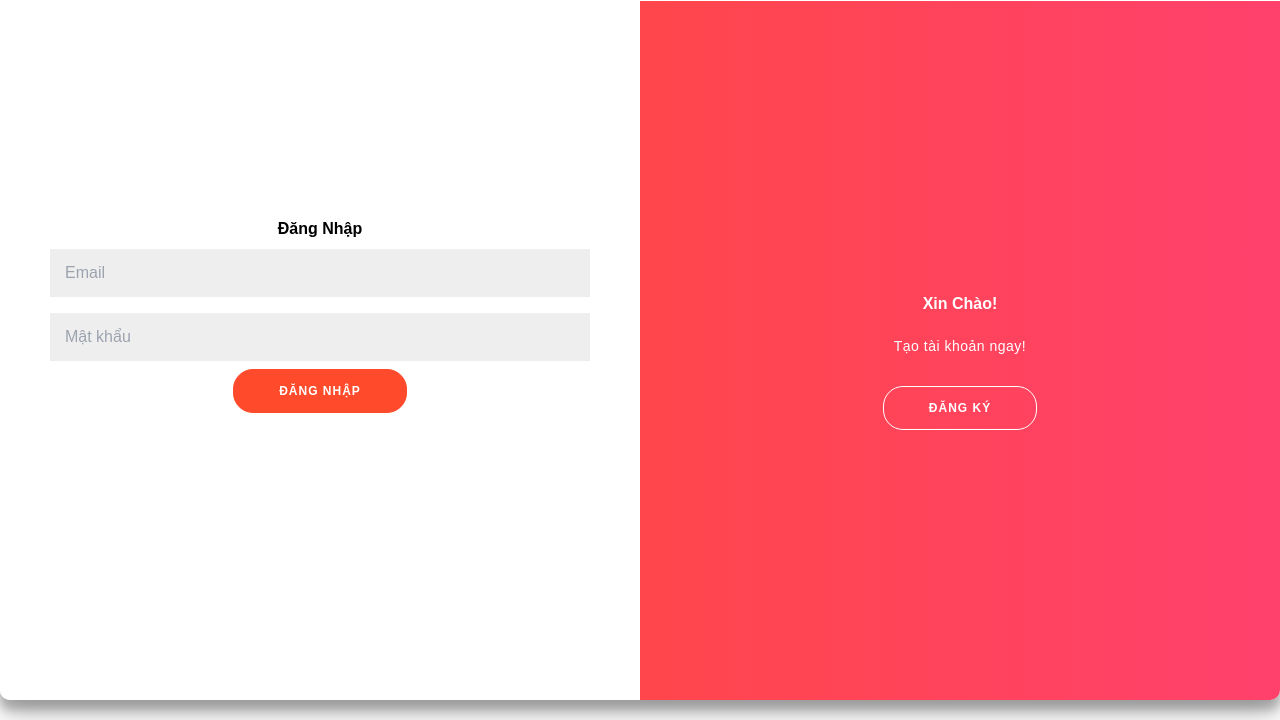
Repository: BlackWolf2002/project_airbn_react
Page: /login
These files come from the project's save history. The page is drawn as it stood at one moment and after the next save; the edit follows.
The browser window is 1280 px wide. The pictures show the whole page.
The project was rebuilt for these pictures with package versions that can differ from the ones it lists, and the page was loaded fresh each time. Also part of the build but not shown: vite.config.js, src/api/apiService.js, src/style/Home.css, src/components/Navbar.jsx, src/style/Footer.css, src/components/Footer.jsx, src/components/Home.jsx, src/style/Admin.css and 11 more.

Above is the page before, as saved 2025-02-11 01:01:01.

After the next save:
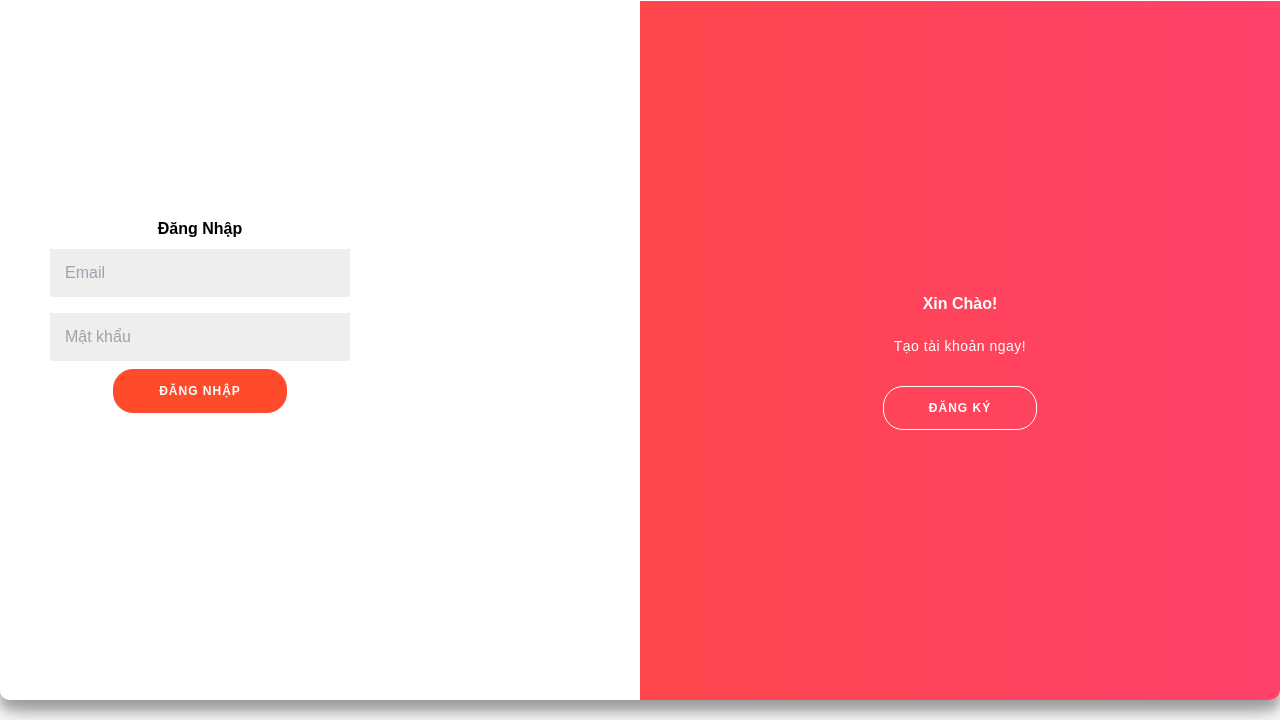
Saved 4 min 16 s later.
--- a/src/style/RoomManagement.css
+++ b/src/style/RoomManagement.css
@@ -47,3 +47,10 @@ table th {
     color: #fff;
     border-color: #007bff;
 }
+
+form {
+    background: #fff;
+    padding: 20px;
+    border-radius: 5px;
+    width: 400px;
+}

After the 2 saves that followed:
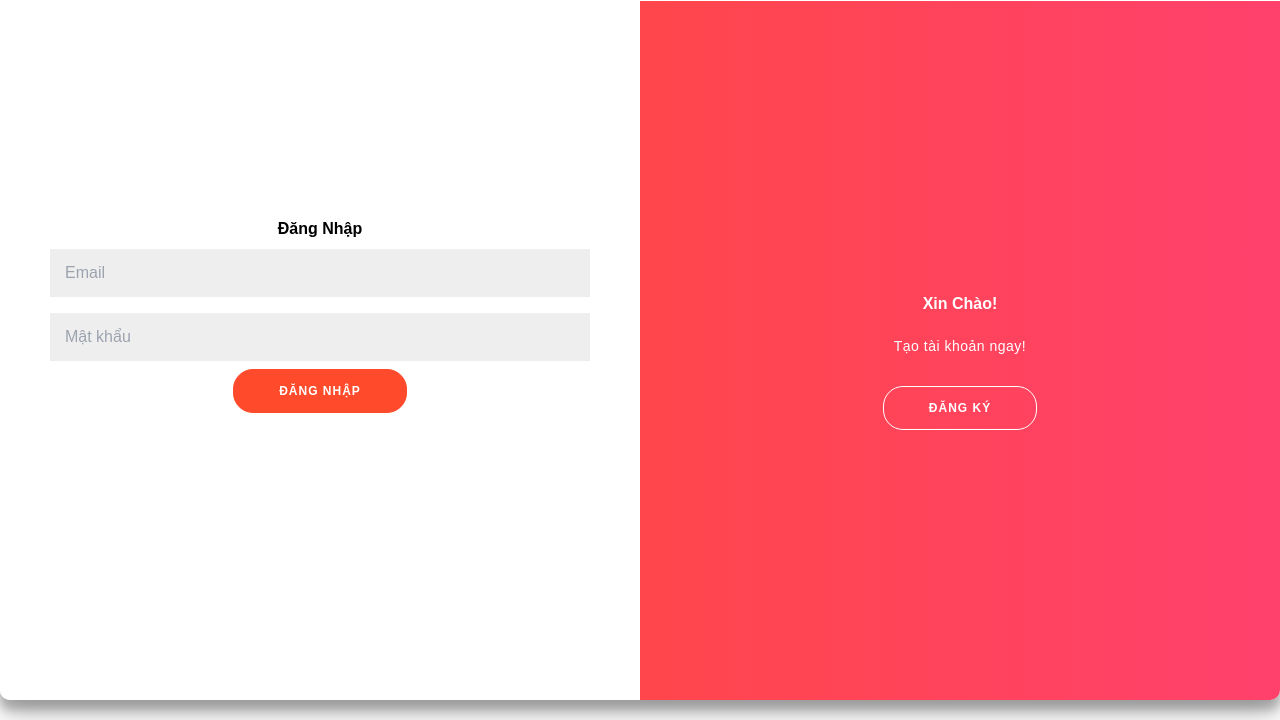
The 2 saves are shown as one change because 1 left the picture as it was.
The last was saved 14 s later.
--- a/src/style/RoomManagement.css
+++ b/src/style/RoomManagement.css
@@ -47,10 +47,3 @@ table th {
     color: #fff;
     border-color: #007bff;
 }
-
-form {
-    background: #fff;
-    padding: 20px;
-    border-radius: 5px;
-    width: 400px;
-}
